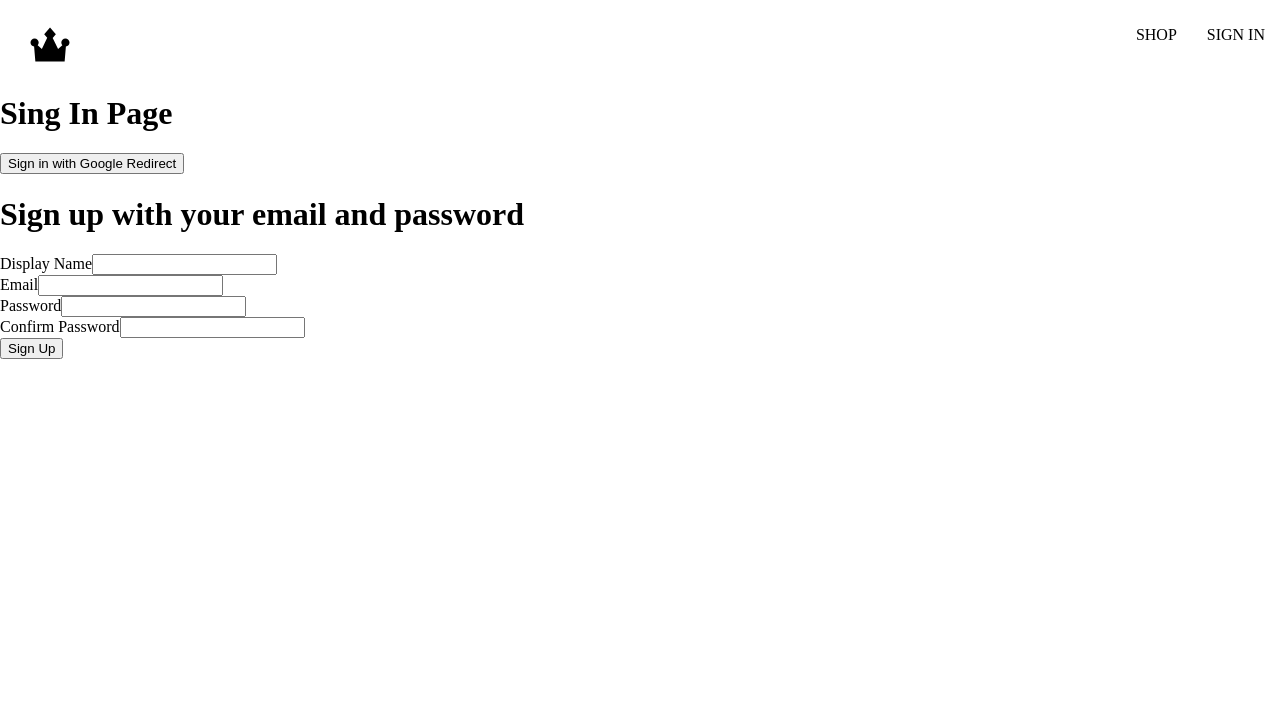
Repository: Chadi2000/crwn-clothing
Page: /signIn
An editor plug-in stored every save of this project. The page is shown before and after the next save, followed by the edit.
The browser window is 1280 px wide. The pictures show the whole page.
The project was rebuilt for these pictures with package versions that can differ from the ones it lists, and the page was loaded fresh each time. Also part of the build but not shown: src/categories.styles.scss, src/components/category-item/category-item.styles.scss, src/components/category-item/category-item.component.jsx, src/components/directory/directory.styles.scss, src/components/directory/directory.component.js, src/routes/home/home.component.jsx.

Above is the page before, as saved 2024-02-11 13:07:26.

### public/index.html
<!DOCTYPE html>
<html lang="en">
  <head>
    <meta charset="utf-8" />
    <link rel="icon" href="%PUBLIC_URL%/favicon.ico" />
    <meta name="viewport" content="width=device-width, initial-scale=1" />
    <meta name="theme-color" content="#000000" />
    <meta
      name="description"
      content="Web site created using create-react-app"
    />
    <link rel="apple-touch-icon" href="%PUBLIC_URL%/logo192.png" />
    <link rel="preconnect" href="https://fonts.googleapis.com">
    <link rel="preconnect" href="https://fonts.gstatic.com" crossorigin>
    <link
    href="https://fonts.googleapis.com/css2?family=Open+Sans:ital,wght@0,300..800;1,300..800&family=Roboto:wght@300&display=swap"
    rel="stylesheet">
    <!--
      manifest.json provides metadata used when your web app is installed on a
      user's mobile device or desktop. See https://developers.google.com/web/fundamentals/web-app-manifest/
    -->
    <link rel="manifest" href="%PUBLIC_URL%/manifest.json" />
    <!--
      Notice the use of %PUBLIC_URL% in the tags above.
      It will be replaced with the URL of the `public` folder during the build.
      Only files inside the `public` folder can be referenced from the HTML.

      Unlike "/favicon.ico" or "favicon.ico", "%PUBLIC_URL%/favicon.ico" will
      work correctly both with client-side routing and a non-root public URL.
      Learn how to configure a non-root public URL by running `npm run build`.
    -->
    <title>React App</title>
  </head>
  <body>
    <noscript>You need to enable JavaScript to run this app.</noscript>
    <div id="root"></div>
    <!--
      This HTML file is a template.
      If you open it directly in the browser, you will see an empty page.

      You can add webfonts, meta tags, or analytics to this file.
      The build step will place the bundled scripts into the <body> tag.

      To begin the development, run `npm start` or `yarn start`.
      To create a production bundle, use `npm run build` or `yarn build`.
    -->
  </body>
</html>

### src/index.scss
body {
  margin: 0;
  font-family: 'Open Sans'
    sans-serif;
    font-weight: 300 800;
  font-stretch: 100%;
  font-display: swap;
  -webkit-font-smoothing: antialiased;
  -moz-osx-font-smoothing: grayscale;
}

code {
  font-family: source-code-pro, Menlo, Monaco, Consolas, 'Courier New',
    monospace;
}

a{
  text-decoration: none;
  color: black;
}

* {
  box-sizing: border-box;
}

### src/App.js
import './categories.styles.scss';
import { Outlet } from 'react-router-dom';
import Directory from './components/directory/directory.component';
import Home from './routes/home/home.component';
import { Routes, Route } from 'react-router-dom';
import Navigation from './routes/navigation/navigation.component';
import SignIn from './routes/sign-in/sign-in.component';



const Shop =() =>{
  return(
    <h1>SHop from me</h1>
  )
}

const App = () => {


 return(
  <Routes>
    <Route path='/' element={<Navigation />}>
      <Route path='/' element={<Home />} />
      <Route path='shop' element={<Shop/>} />
      <Route path='/signIn' element= {<SignIn />} />

    </Route>

  </Routes>
 );
}

export default App;

### src/routes/navigation/navigation.component.jsx
import { Outlet, Link } from "react-router-dom"
import { Fragment } from "react";
import { ReactComponent as CrwnLogo } from "../../assets/crown.svg";
import './navigation.styles.scss';
const Navigation = () =>{
    return (
      <Fragment>
        <div className="navigation">
            <Link className="logo-container" to='/'>
                <CrwnLogo />
            </Link>

          <div className="nav-links-container">
            <Link className="nav-link"  to='/shop'>
                SHOP
            </Link>
            <Link className="nav-link"  to='/signIn'>
                SIGN IN
            </Link>
          </div>
        </div>
        <Outlet />
      </Fragment>
    )
  }

  export default Navigation;

### src/routes/sign-in/sign-in.component.jsx
import { useEffect } from "react";
import { getRedirectResult } from "firebase/auth";

import {
        auth,
        signInWithGooglePopup,
        signInWithGoogleRedirect ,
        createUserDocumentFromAuth
    } from "../../utils/firebase/firebase.utils";
import SignUpForm from "../../components/sign-up-form/sign-up-form.component";

const SignIn = () => {

    useEffect(() => {
        // Define an asynchronous function inside useEffect
        const fetchData = async () => {
          try {
            // You can await here
            const response = await getRedirectResult(auth);
            if(response){
                const userDocRef = await createUserDocumentFromAuth(response.user)
            }
          } catch (error) {
            console.error('Error fetching data:', error);
          }
        };

        // Call the asynchronous function immediately
        fetchData();

        // Specify dependencies if needed (empty array if not)
      }, []); // Add dependencies if needed


    const logGoogleUser = async () =>{
        const {user} = await signInWithGooglePopup();
        const userDocRef = await createUserDocumentFromAuth(user);

    }






    return(
        <div>
            <h1>Sing In Page</h1>
            {/* <button onClick={logGoogleUser}>
                Sign in with Google Popup
            </button> */}
            <button onClick={signInWithGoogleRedirect}>
                Sign in with Google Redirect
            </button>
            <SignUpForm />
        </div>
    )
}

export default SignIn;

### src/routes/navigation/navigation.styles.scss
.navigation{
    height: 70px;
    width: 100%;
    display: flex;
    justify-content: space-between;
    margin-bottom: 25px;

    .logo-container{
        height: 100%;
        width: 70px;
        padding: 25px;
        -webkit-box-align: center;
        align-items: center;
        justify-content: center;
    }
    .nav-links-container{
        width: 50%;
        height: 100%;
        -webkit-box-align: center;
        align-items: center;
        -webkit-box-pack: end;
        display: flex;
        justify-content: flex-end;
        .nav-link{
            padding: 10px 15px;
            cursor: pointer;
        }
    }


}

### src/utils/firebase/firebase.utils.js
import {initializeApp} from 'firebase/app';
import {
     getAuth,
     signInWithRedirect,
     signInWithPopup,
     GoogleAuthProvider,
     createUserWithEmailAndPassword
    } from 'firebase/auth';

import {
    getFirestore,
    doc,
    getDoc,
    setDoc
}  from'firebase/firestore'

const firebaseConfig = {
    apiKey: "AIzaSyCFm4naOY8EzymqmFzu3h2__lM1anMpCoU",
    authDomain: "crwn-clothing-db-ab0ad.firebaseapp.com",
    projectId: "crwn-clothing-db-ab0ad",
    storageBucket: "crwn-clothing-db-ab0ad.appspot.com",
    messagingSenderId: "89349111223",
    appId: "1:89349111223:web:714444d59a5d8bfdf53c32"
  };

  // Initialize Firebase
  const firebaseApp = initializeApp(firebaseConfig);
  const googleProvider = new GoogleAuthProvider();

  googleProvider.setCustomParameters({
    prompt: "select_account"
  })

  export const auth = getAuth();
  export const signInWithGooglePopup = () =>
   signInWithPopup(auth, googleProvider);
  export const signInWithGoogleRedirect =()=>
   signInWithRedirect(auth, googleProvider)

  export const db = getFirestore();
  export const createUserDocumentFromAuth = async (
    userAuth,
    additionalInformation={}
    )=>{
    if(!userAuth) return ;
    const userDocRef = doc(db,'users',userAuth.uid )

    console.log(userDocRef);

    const userSnapshot = await getDoc(userDocRef);
    console.log(userSnapshot);
    console.log(userSnapshot.exists());

    if(!userSnapshot.exists()){
        const {displayName , email} = userAuth;
        const createdAt = new Date();

        try{
            await setDoc(userDocRef, {
                displayName,
                email,
                createdAt,
                ...additionalInformation
            })
        }catch(error){
            console.log('error creating the user', error.message)
        }
    }

    return userDocRef;
  }

  export const createAuthUserWithEmailAndPassword = async (email, password)=>{
    if(!email || !password) return;
    return await createUserWithEmailAndPassword(auth, email, password)
  };

### src/components/sign-up-form/sign-up-form.component.jsx
import { useState } from "react";
import { createAuthUserWithEmailAndPassword, createUserDocumentFromAuth } from "../../utils/firebase/firebase.utils";
import FormInput from "../form-input/form-input.component";

const defaultFormFields ={
    displayName: '',
    email:'',
    password:'',
    confirmPassword: ''
}

const SignUpForm =() =>{

    const [formFields, setFormFields] = useState(defaultFormFields);
    const { displayName, email, password, confirmPassword} = formFields;

    console.log(formFields);

    const resetFormFields = () =>{
        setFormFields(defaultFormFields);
    }

    const handleSubmit = async(event) =>{
        event.preventDefault();

        if(password != confirmPassword){
            alert("password do not match");
            return;
        }

        try{
            const {user} = await createAuthUserWithEmailAndPassword(email, password);

            await createUserDocumentFromAuth(user,{ displayName });
            resetFormFields();


        }catch(error){
            if(error.code ==  'auth/email-already-in-use'){
                alert('Cannot create user, email already in use');
            } else{
                console.log('user created encountered an error', error);
            }

        }
    }



    const handlechange = (event) =>{

        setFormFields({...formFields, [event.target.name]:event.target.value})
    }

    return (


        <div>
            <h1>Sign up with your email and password</h1>
            <form onSubmit={handleSubmit}>
                <FormInput
                label="Display Name" type="text" required onChange={handlechange}
                 name="displayName" value={displayName} />

                <FormInput
                  label="Email" type="email" required onChange={handlechange}
                  name="email" value={email} />

                <FormInput type="password" required onChange={handlechange}
                label="Password" name="password" value={password} />

                <FormInput type="password" required onChange={handlechange}
                 label="Confirm Password" name="confirmPassword" value={confirmPassword} />

                <button type="submit">Sign Up</button>
            </form>
        </div>
    )
}

export default SignUpForm;

### src/components/form-input/form-input.component.jsx



const FormInput = ({label, ...otherProps}) =>{
    return (
        <div className="group">
            {
                label &&(
            <label className={`${otherProps.value.length ? 'shrink': ''}
            form-input-label`}>{label}</label>)}
            <input className="form-input" {...otherProps} />


        </div>

    )
}
export default FormInput;

### src/components/form-input/form-input.styles.scss
$sub-color: grey;
$main-color: black;

@mixin shrinkLabel{
    top: -14px;
    font-size: 12px;
    color:$main-color ;
}

.group{
    position: relative;
    margin: 45px 0;
    .form-input{
        background: none;
        background-color: white;
        color:$sub-color;
        font-size: 18px;
        padding: 10px 10px 10px 5px;
        display: block;
        width: 100%;
        border: none;
        border-radius: 0;
        border-bottom: 1px solid $sub-color;
        margin: 25px 0;

        &:focus{
            outline: none;
        }
    }
}

Loaded but not shown: src/index.js (common file); src/reportWebVitals.js (common file)

After the next save:
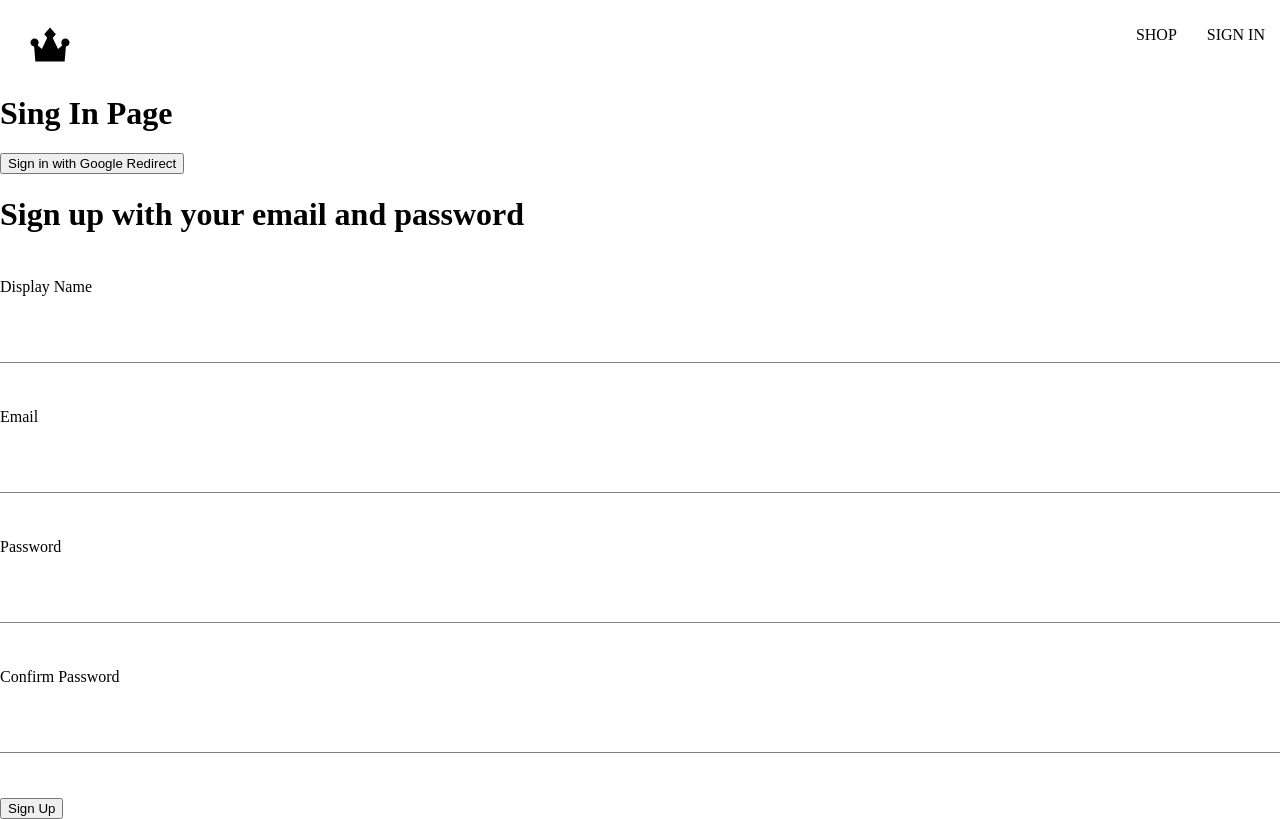
Saved 51 s later.
--- a/src/components/form-input/form-input.component.jsx
+++ b/src/components/form-input/form-input.component.jsx
@@ -1,4 +1,4 @@
-
+import './form-input.styles.scss';
 
 
 const FormInput = ({label, ...otherProps}) =>{
